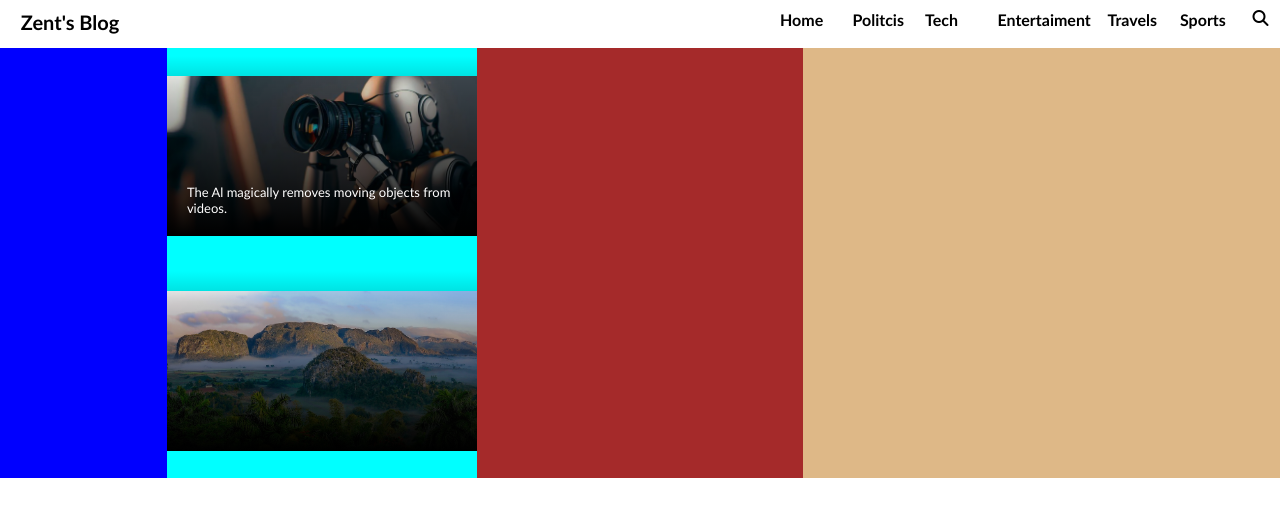
Repository: giacatdat2k5/html3
Page: html3.vs/7.1.html
The author's editor kept a copy of each file at every save. The page is drawn from the files as they stood at one save, then again after the next save.
The browser window is 1280 px wide. The pictures show the whole page.

Above is the page before, as saved 2023-09-27 14:03:42.

After the next save:
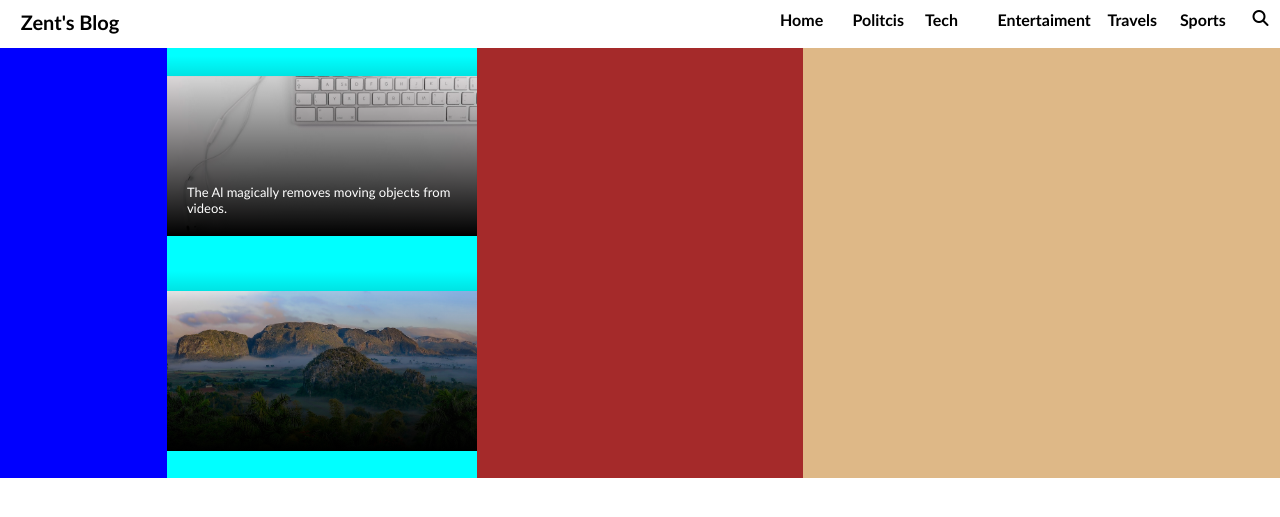
Saved 70 s later.
--- a/html3.vs/7.1.css
+++ b/html3.vs/7.1.css
@@ -65,7 +65,7 @@
     align-items: center;
 }
 .iamge1{
-    background-image: url('anh1.webp');
+    background-image: url('image4.jpeg');
     background-size: cover;
     width: 100%;
     height: 160px;
